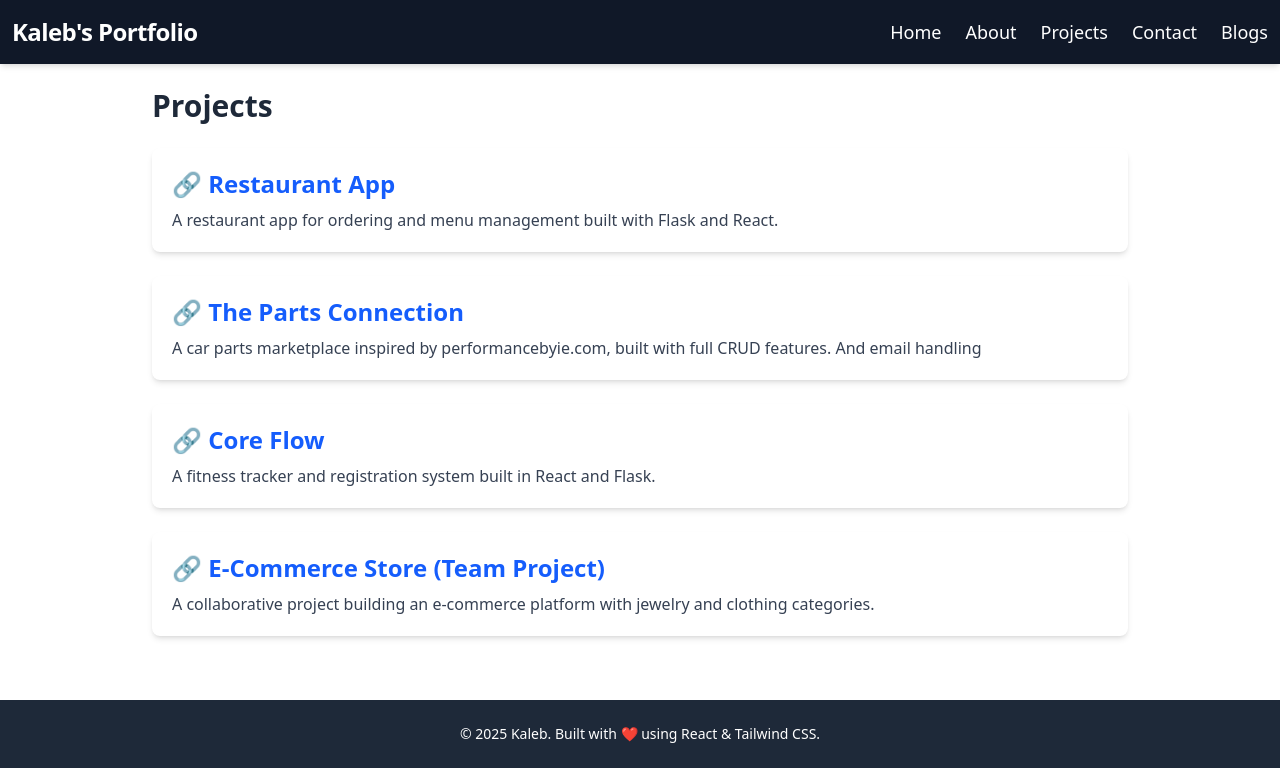
Repository: KalebMalone/portfolio-site
Page: /projects
The author's editor kept a copy of each file at every save. The page is drawn from the files as they stood at one save, then again after a run of saves.
The browser window is 1280 px wide. The pictures show the whole page.
The project was rebuilt for these pictures with package versions that can differ from the ones it lists, and the page was loaded fresh each time. Also part of the build but not shown: vite.config.js, src/pages/Home.jsx, src/pages/About.jsx, src/pages/Contact.jsx, src/pages/Blogs.jsx.

Above is the page before, as saved 2025-04-23 17:40:11.

### src/App.jsx
import { BrowserRouter as Router, Routes, Route } from 'react-router-dom';
import Header from './components/Header';
import Footer from './components/Footer';

import Home from './pages/Home';
import About from './pages/About';
import Projects from './pages/Projects';
import Contact from './pages/Contact';
import Blogs from './pages/Blogs'; // Import Blogs page

function App() {
  return (
    <Router>
      <div className="flex flex-col min-h-screen">
        <Header />

        <main className="flex-grow">
          <Routes>
            <Route path="/" element={<Home />} />
            <Route path="/about" element={<About />} />
            <Route path="/projects" element={<Projects />} />
            <Route path="/contact" element={<Contact />} />
            <Route path="/blogs" element={<Blogs />} /> {/* Add route for Blogs */}
          </Routes>
        </main>

        <Footer />
      </div>
    </Router>
  );
}

export default App;

### src/index.css
@import 'tailwindcss';  /* Or use the Tailwind directives below */

/* Or alternatively, use these Tailwind directives directly in your CSS */
@tailwind base;
@tailwind components;
@tailwind utilities;

### src/components/Header.jsx
import { Link } from 'react-router-dom';

const Header = () => {
    return (
        <header className="bg-gray-900 text-white shadow-md py-4">
            <nav className="max-w-9xl mx-auto flex justify-between items-center px-3">
                {/* Logo/Brand Name (Left-aligned) */}
                <h1 className="text-2xl font-bold tracking-tight">Kaleb's Portfolio</h1>

                {/* Navigation Links (Right-aligned) */}
                <ul className="flex space-x-6 text-lg"> {/* Reduced space between items */}
                    {['Home', 'About', 'Projects', 'Contact', 'Blogs'].map((page) => ( // Add Blogs here
                        <li key={page}>
                            <Link
                                to={`/${page.toLowerCase() === 'home' ? '' : page.toLowerCase()}`}
                                className="hover:text-blue-400 transition-colors duration-200"
                            >
                                {page}
                            </Link>
                        </li>
                    ))}
                </ul>
            </nav>
        </header>
    );
};

export default Header;

### src/components/Footer.jsx
const Footer = () => {
    return (
        <footer className="bg-gray-800 text-white text-center py-6 mt-10">
            <p className="text-sm">© {new Date().getFullYear()} Kaleb. Built with ❤️ using React & Tailwind CSS.</p>
        </footer>
    );
};

export default Footer;

### src/pages/Projects.jsx
import React from 'react';

const Projects = () => {
    const projectList = [
        {
            name: 'Restaurant App',
            link: 'https://github.com/KalebMalone/Resturant',
            description: 'A restaurant app for ordering and menu management built with Flask and React.'
        },
        {
            name: 'The Parts Connection',
            link: 'https://github.com/KalebMalone/The-parts-connection',
            description: 'A car parts marketplace inspired by performancebyie.com, built with full CRUD features. And email handling'
        },
        {
            name: 'Core Flow',
            link: 'https://github.com/KalebMalone/Core-Flow',
            description: 'A fitness tracker and registration system built in React and Flask.'
        },
        {
            name: 'E-Commerce Store (Team Project)',
            link: 'https://github.com/CaseyRayson1995/eCommerce-project',
            description: 'A collaborative project building an e-commerce platform with jewelry and clothing categories.'
        },
    ];

    return (
        <section className="p-6 max-w-5xl mx-auto">
            <h2 className="text-3xl font-bold mb-6 text-gray-800">Projects</h2>
            <div className="space-y-6">
                {projectList.map((project, index) => (
                    <div key={index} className="bg-white p-5 rounded-lg shadow-md hover:shadow-lg transition-shadow">
                        <a
                            href={project.link}
                            target="_blank"
                            rel="noopener noreferrer"
                            className="text-2xl font-semibold text-blue-600 hover:text-blue-800"
                        >
                            🔗 {project.name}
                        </a>
                        <p className="mt-2 text-gray-700">{project.description}</p>
                    </div>
                ))}
            </div>
        </section>
    );
};

export default Projects;

Loaded but not shown: index.html (common file); src/main.jsx (common file)

After the next 2 saves:
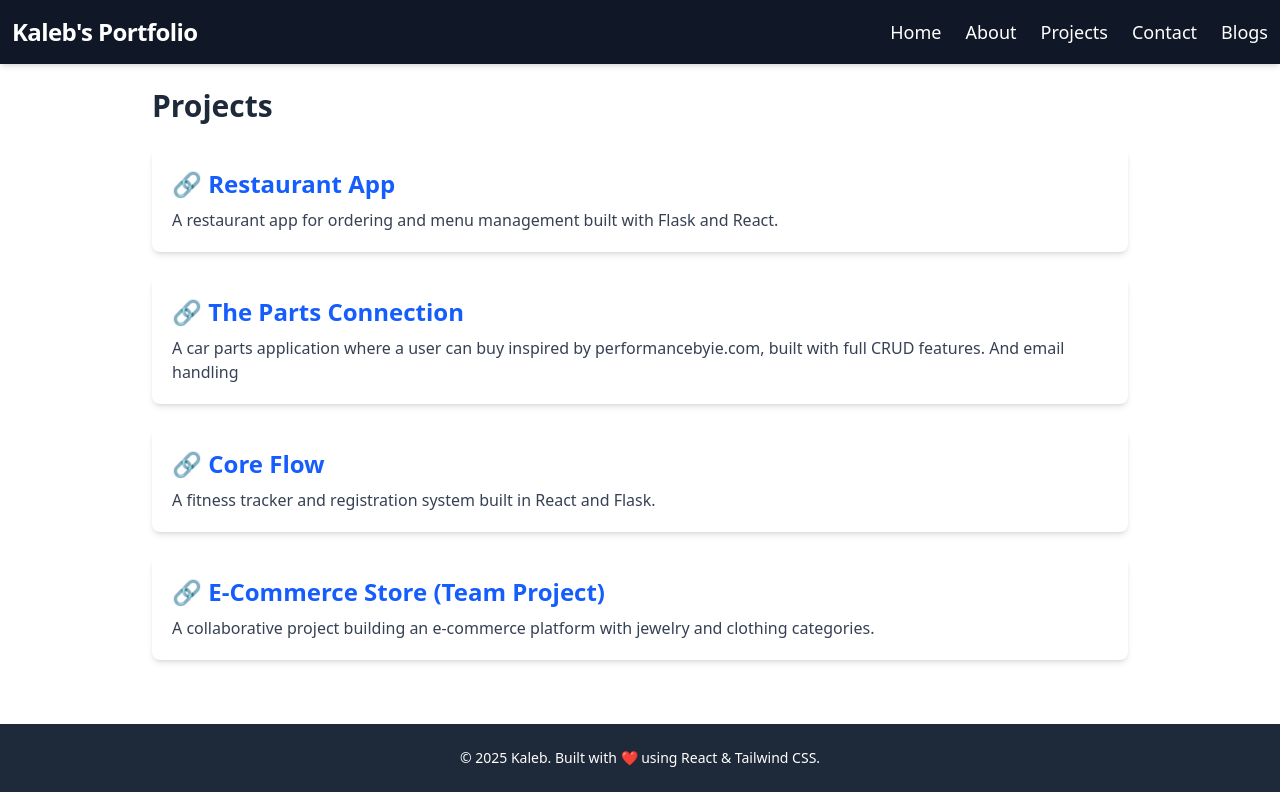
The 2 saves are shown as one change because they came seconds apart.
The last was saved 20 s later.
--- a/src/pages/Projects.jsx
+++ b/src/pages/Projects.jsx
@@ -10,7 +10,7 @@ const Projects = () => {
         {
             name: 'The Parts Connection',
             link: 'https://github.com/KalebMalone/The-parts-connection',
-            description: 'A car parts marketplace inspired by performancebyie.com, built with full CRUD features. And email handling'
+            description: 'A car parts application where a user can buy  inspired by performancebyie.com, built with full CRUD features. And email handling'
         },
         {
             name: 'Core Flow',
